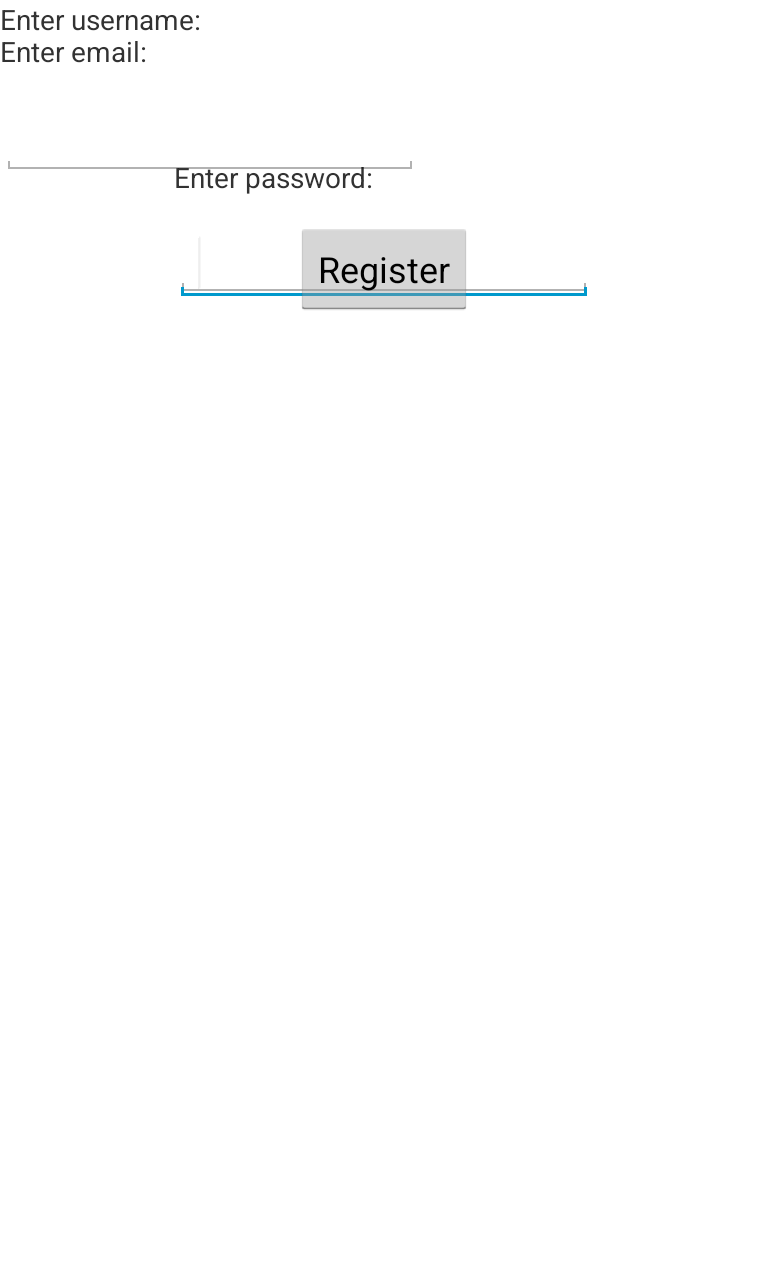
Repository: Codlex/JSMS
Layout: AndroidClient/res/layout/register_layout.xml
An editor plug-in stored every save of this project. The layout is shown before and after the next save, followed by the edit.
It is drawn on a 768 x 1280 px phone screen (xhdpi) without system bars, with theme AppTheme; the app's code is not run.

Above is the layout before, as saved 2013-01-04 15:13:32.

### AndroidClient/res/layout/register_layout.xml
<?xml version="1.0" encoding="utf-8"?>
<RelativeLayout xmlns:android="http://schemas.android.com/apk/res/android"
    android:id="@+id/RelativeLayout1"
    android:layout_width="match_parent"
    android:layout_height="match_parent"
    android:orientation="vertical" >

    <TextView
        android:id="@+id/text1"
        android:layout_width="wrap_content"
        android:layout_height="wrap_content"
        android:layout_alignBottom="@+id/username"
        android:layout_alignLeft="@+id/username"
        android:layout_alignRight="@+id/username"
   		android:text="@string/username"
        android:layout_marginBottom="44dp" />

    <TextView
        android:id="@+id/text2"
        android:layout_width="wrap_content"
        android:layout_height="wrap_content"
        android:layout_alignLeft="@+id/username2"
        android:layout_below="@+id/text1"
        android:layout_marginTop="16dp"
        android:text="@string/password" />

    <EditText
        android:id="@+id/username2"
        android:layout_width="wrap_content"
        android:layout_height="wrap_content"
        android:layout_alignParentTop="true"
        android:layout_centerHorizontal="true"
        android:layout_marginTop="110dp"
        android:ems="10"
        android:inputType="textPersonName" />

    <EditText
        android:id="@+id/password2"
        android:layout_width="wrap_content"
        android:layout_height="wrap_content"
        android:layout_alignLeft="@+id/text2"
        android:layout_below="@+id/text2"
        android:layout_marginTop="14dp"
        android:ems="10"
        android:inputType="textPassword" >

        <requestFocus />
    </EditText>

    <TextView
        android:id="@+id/text3"
        android:layout_width="wrap_content"
        android:layout_height="wrap_content"
        android:layout_alignLeft="@+id/password"
        android:layout_below="@+id/password"
        android:layout_marginTop="16dp"
        android:text="@string/email" />

    <EditText
        android:id="@+id/EditText01"
        android:layout_width="wrap_content"
        android:layout_height="wrap_content"
        android:layout_alignLeft="@+id/text3"
        android:layout_below="@+id/text3"
        android:layout_marginTop="14dp"
        android:ems="10"
        android:inputType="textEmailAddress" />

    <Button
        android:id="@+id/registerb2"
        android:layout_width="wrap_content"
        android:layout_height="wrap_content"
        android:layout_below="@+id/EditText01"
        android:layout_centerHorizontal="true"
        android:layout_marginTop="22dp"
        android:text="@string/register" />

</RelativeLayout>

### AndroidClient/res/values/strings.xml
<?xml version="1.0" encoding="utf-8"?>
<resources>

    <string name="app_name">AndroidClient</string>
    <string name="hello_world">Hello world!</string>
    <string name="menu_settings">Settings</string>
    <string name="username">Enter username:</string>
    <string name="password">Enter password:</string>
    <string name="email">Enter email:</string>
    <string name="login">Login</string>
    <string name="register">Register</string>
	<string name="create_account">Create account</string>

</resources>

Loaded but not shown: AndroidClient/res/values/styles.xml (common file); AndroidClient/res/values-v11/styles.xml (common file); AndroidClient/res/values-v14/styles.xml (common file)

After the next save:
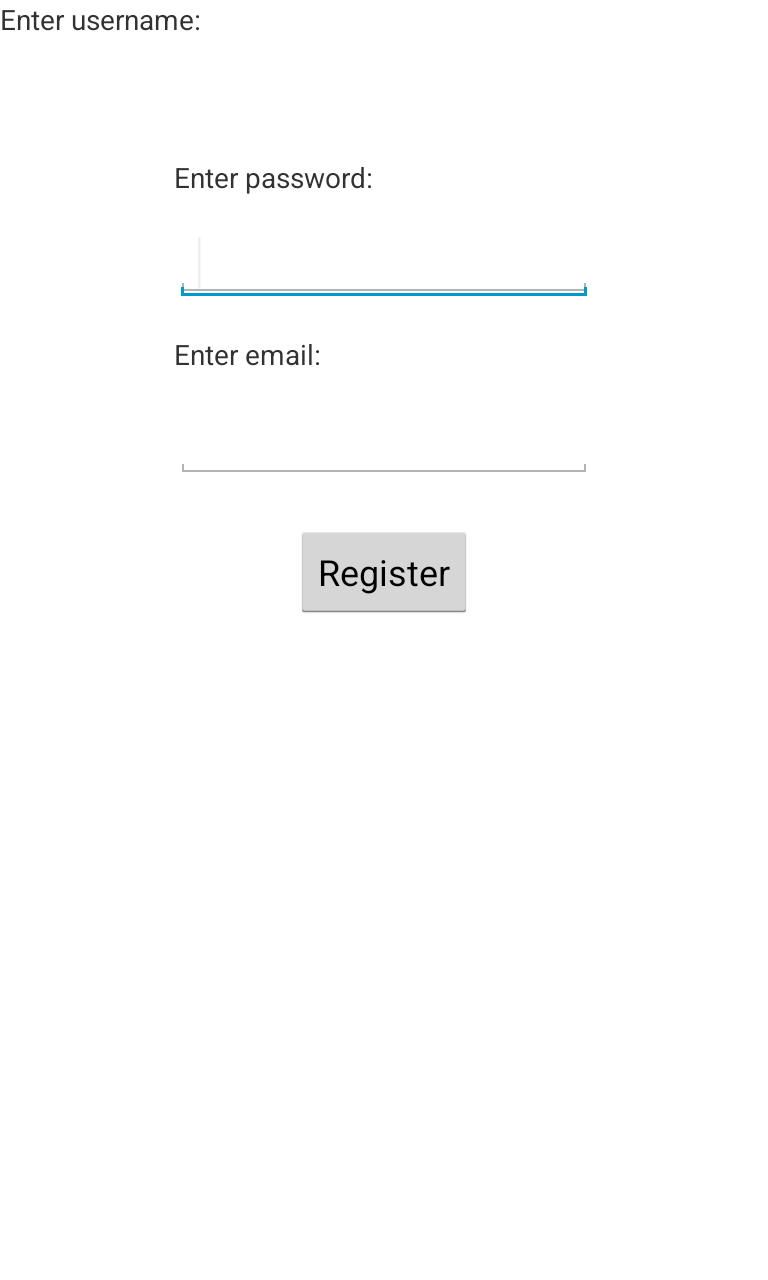
Saved 10 s later.
--- a/AndroidClient/res/layout/register_layout.xml
+++ b/AndroidClient/res/layout/register_layout.xml
@@ -51,8 +51,8 @@
         android:id="@+id/text3"
         android:layout_width="wrap_content"
         android:layout_height="wrap_content"
-        android:layout_alignLeft="@+id/password"
-        android:layout_below="@+id/password"
+        android:layout_alignLeft="@+id/password2"
+        android:layout_below="@+id/password2"
         android:layout_marginTop="16dp"
         android:text="@string/email" />
 
